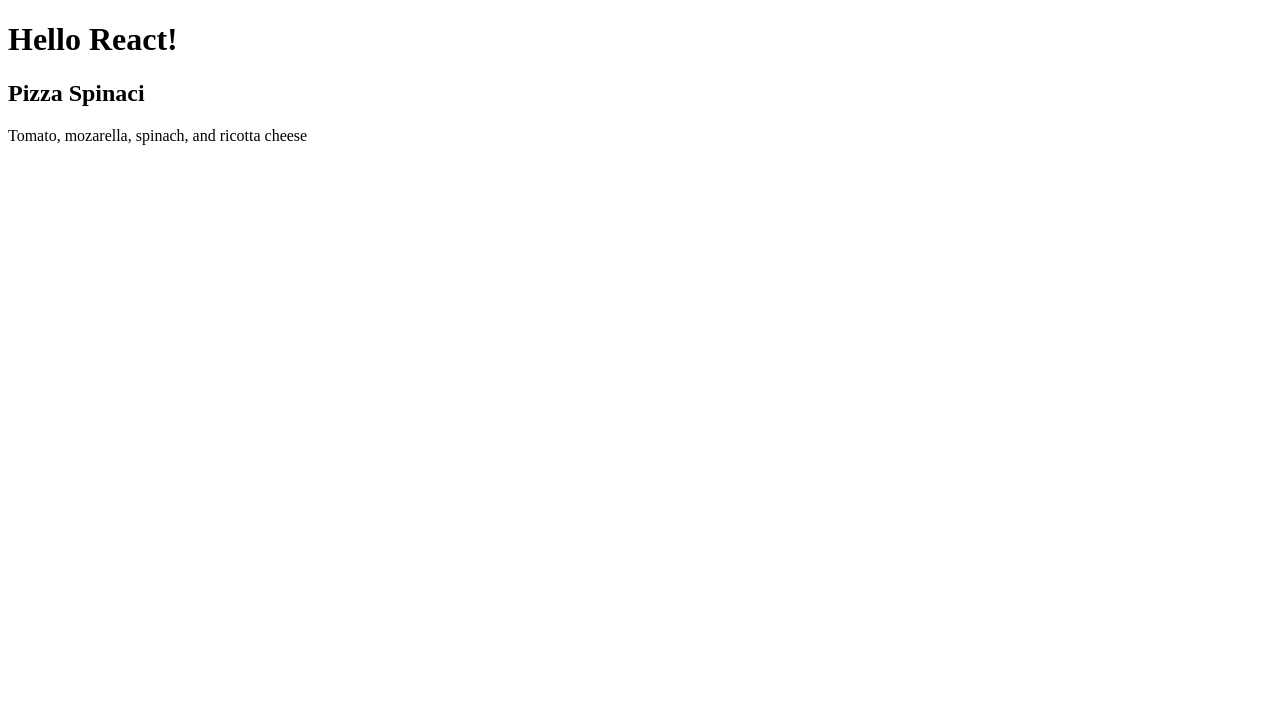
Repository: Alphosmart/03_pizza-menu
Page: /
An editor plug-in stored every save of this project. The page is shown before and after a run of saves, followed by the edit.
The browser window is 1280 px wide. The pictures show the whole page.
The project was rebuilt for these pictures with package versions that can differ from the ones it lists, and the page was loaded fresh each time.

Above is the page before, as saved 2024-05-26 16:30:54.

After the next 3 saves:
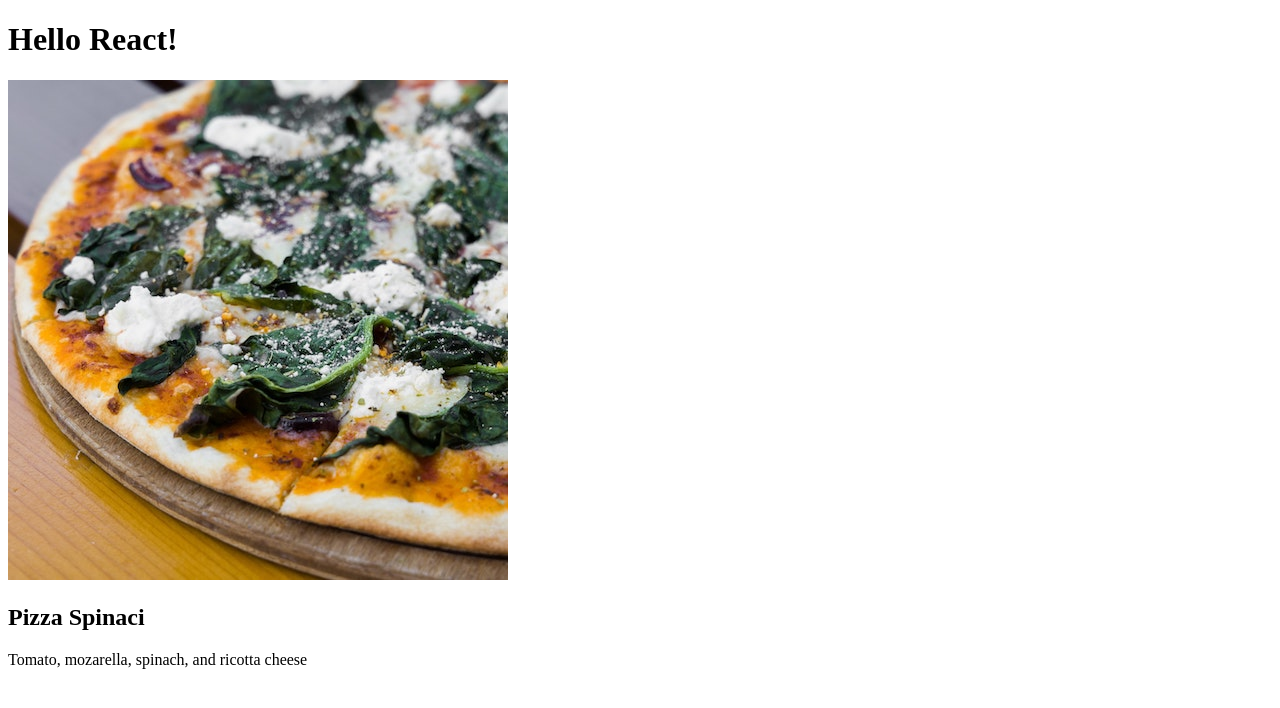
The 3 saves are shown as one change because 2 did not build or start.
The last was saved 2 min 42 s later.
--- a/src/index.js
+++ b/src/index.js
@@ -58,6 +58,7 @@ function App() {
 function Pizza() {
   return (
     <div>
+      <img src="pizzas/spinaci.jpg" />
       <h2>Pizza Spinaci</h2>
       <p>Tomato, mozarella, spinach, and ricotta cheese</p>
     </div>
